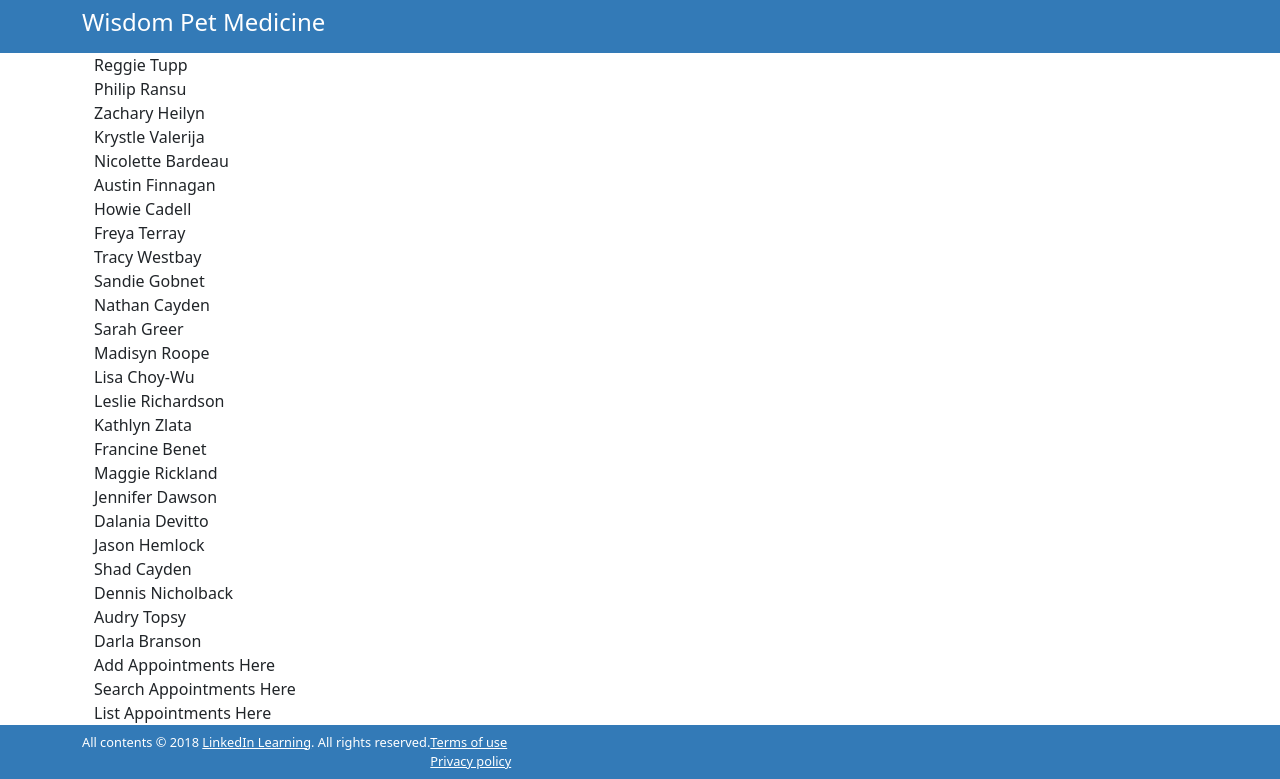
Repository: DevLuDaley/reactinterface
Page: /
An editor plug-in stored every save of this project. The page is shown before and after the next save, followed by the edit.
The browser window is 1280 px wide. The pictures show the whole page.
The project was rebuilt for these pictures with package versions that can differ from the ones it lists, and the page was loaded fresh each time. Also part of the build but not shown: src/css/App.css.

Above is the page before, as saved 2021-02-04 17:52:01.

After the next save:
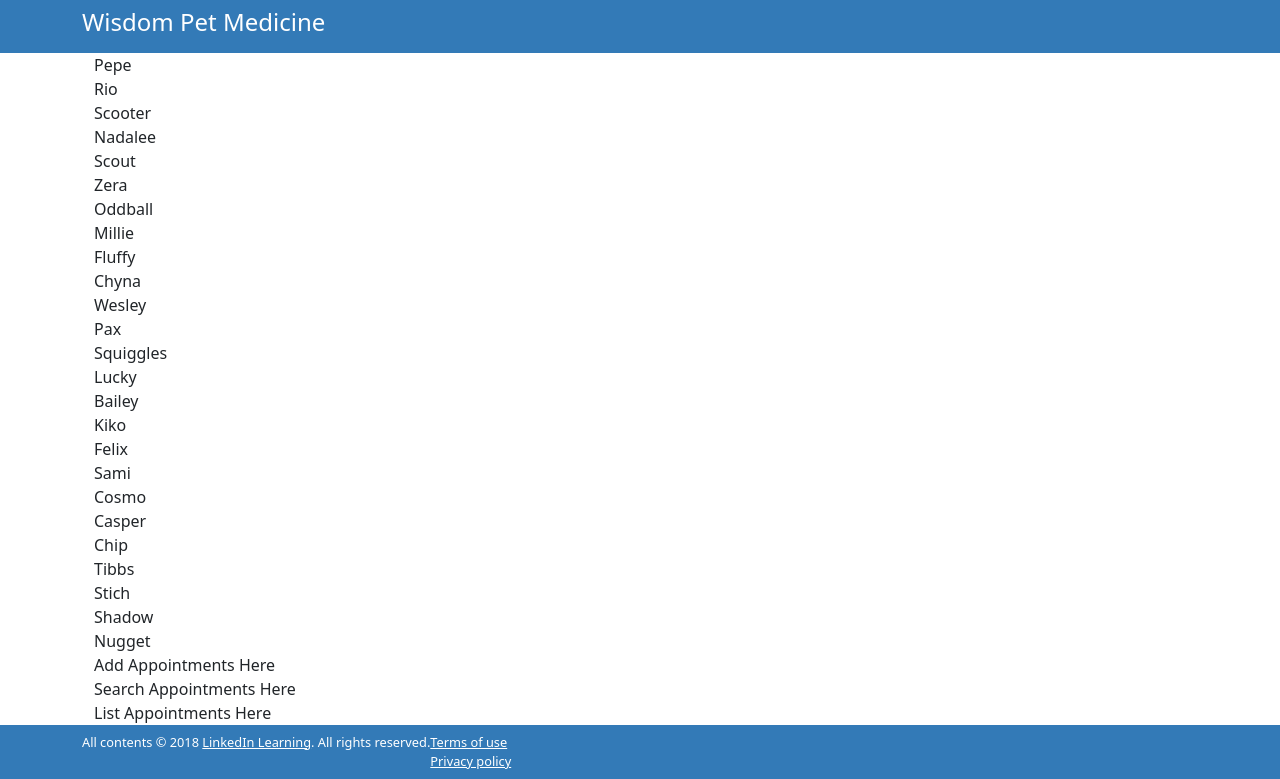
Saved 7 s later.
--- a/src/components/App.js
+++ b/src/components/App.js
@@ -29,8 +29,8 @@ class App extends Component {
   render() {
     const listItems = this.state.myAppointments.map(item => (
       <div>
-        {/* {item.petName} */}
-        {item.ownerName}
+        {item.petName}
+        {/* {item.ownerName} */}
       </div>
     ))
     return (
